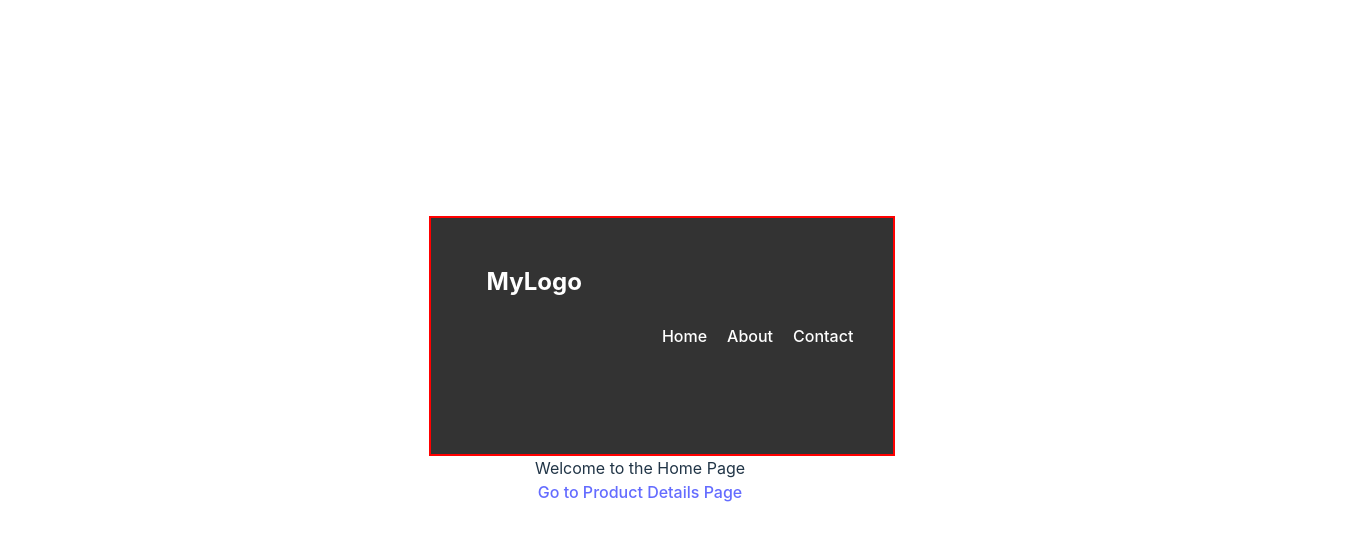
Repository: marcusdashe/proof-of-concept-react-routing
Page: /
The author's editor kept a copy of each file at every save. The page is drawn from the files as they stood at one save, then again after the next save.
The browser window is 1280 px wide. The page is 1280 px wide, then 1356 px, so the pictures cover 1356 px, including what lies to the right of the window. The pictures show the whole page.
The project was rebuilt for these pictures with package versions that can differ from the ones it lists, and the page was loaded fresh each time. Also part of the build but not shown: vite.config.js, src/pages/ProductDetails.jsx, src/pages/Checkout.jsx.

Above is the page before, as saved 2023-08-23 12:27:12.

After the next save:
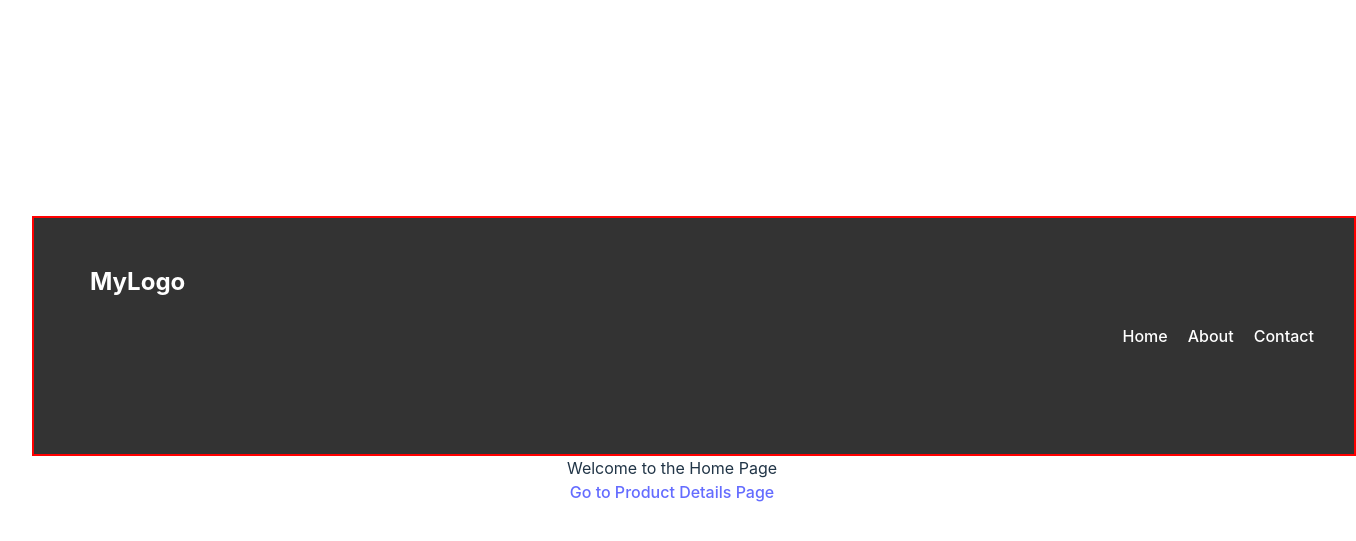
Saved 11 s later.
--- a/src/styles/NavBar.css
+++ b/src/styles/NavBar.css
@@ -7,7 +7,7 @@ ul {
 
 /* Style for the navigation bar */
 .navbar {
-  width: 100%;
+  width: 100vw;
   border: 2px solid red;
   display: flex;
   justify-content: space-between;
